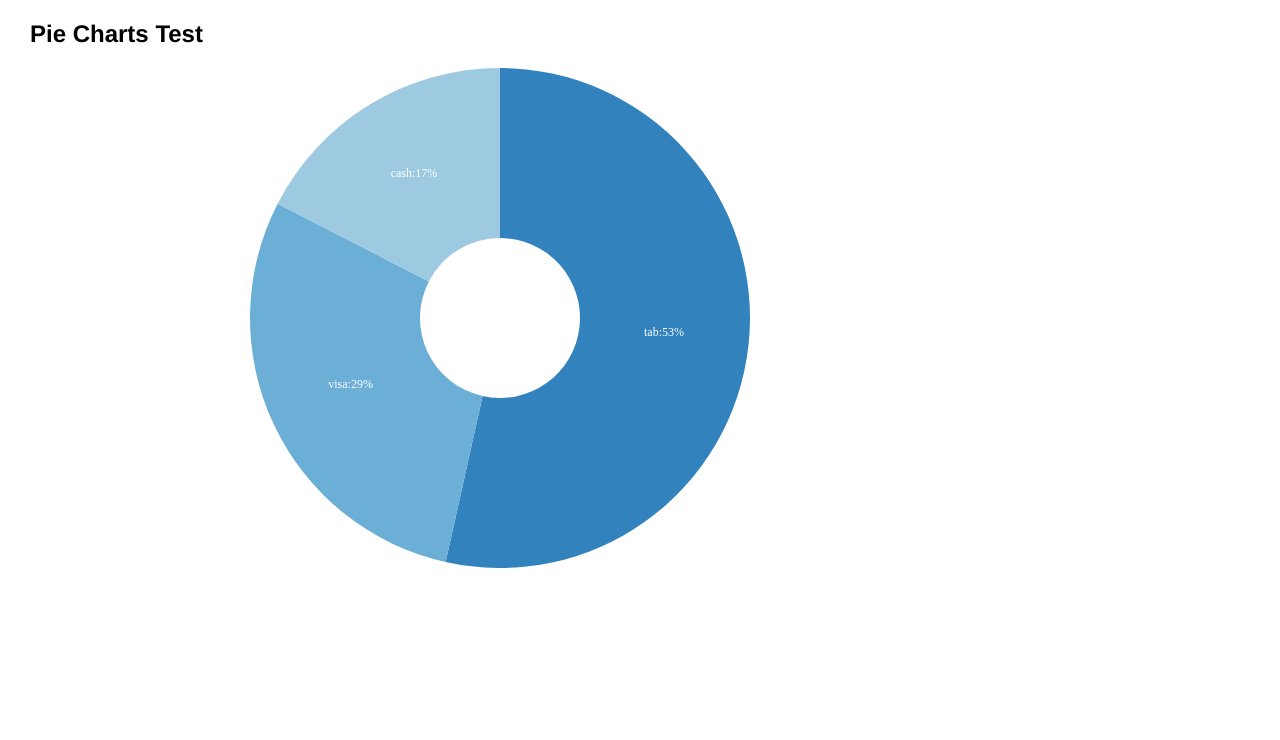
Repository: fLavery/DC.js-Test
Page: Piechart.html
The author's editor kept a record of every edit. The page is drawn from the files as they stood at one moment, then again after the next edit.
The browser window is 1280 px wide. The pictures show the whole page.

Above is the page before.

### Piechart.html
<!DOCTYPE html>
<html lang="en">

<head>
    <meta charset="UTF-8">
    <meta name="viewport" content="width=device-width, initial-scale=1.0">
    <meta http-equiv="X-UA-Compatible" content="ie=edge">
    <title>PIE Chart</title>
    <link rel="stylesheet" href="dc.css" type="text/css" />

    <style>
        body,
        html {
            height: 100%;
            margin: 0;
            padding: 0;
        }

        div {
            -webkit-box-sizing: border-box;
            -moz-box-sizing: border-box;
            box-sizing: border-box;
        }

        div#chart svg g g.axis g.tick text{
            font-size: 16px;
        }

        h2{
            font-family: helvetica;
            padding-left: 30px;
        }
    </style>
</head>

<body>
    <h2>Pie Charts Test</h2>
    <div id="chart">


    </div>
    <script type="text/javascript" src="d3.js"></script>
    <script type="text/javascript" src="crossfilter.js"></script>
    <script type="text/javascript" src="dc.js"></script>

    <script type="text/javascript">

    //Allows user frindly output of Objects in Console
function print_filter(filter) {
    var f=eval(filter);
    if (typeof(f.length) != "undefined") {}else{}
    if (typeof(f.top) != "undefined") {f=f.top(Infinity);}else{}
    if (typeof(f.dimension) != "undefined") {f=f.dimension(function(d) { return "";}).top(Infinity);}else{}
    console.log(filter+"("+f.length+") = "+JSON.stringify(f).replace("[","[\n\t").replace(/}\,/g,"},\n\t").replace("]","\n]"));
}

   var data = [
  {date: "2011-11-14T16:17:54Z", quantity: 2, total: 190, tip: 100, type: "tab"},
  {date: "2011-11-14T16:20:19Z", quantity: 2, total: 190, tip: 100, type: "tab"},
  {date: "2011-11-14T16:28:54Z", quantity: 1, total: 300, tip: 200, type: "visa"},
  {date: "2011-11-14T16:30:43Z", quantity: 2, total: 90, tip: 0, type: "tab"},
  {date: "2011-11-14T16:48:46Z", quantity: 2, total: 90, tip: 0, type: "tab"},
  {date: "2011-11-14T16:53:41Z", quantity: 2, total: 90, tip: 0, type: "tab"},
  {date: "2011-11-14T16:54:06Z", quantity: 1, total: 100, tip: 0, type: "cash"},
  {date: "2011-11-14T16:58:03Z", quantity: 2, total: 90, tip: 0, type: "tab"},
  {date: "2011-11-14T17:07:21Z", quantity: 2, total: 90, tip: 0, type: "tab"},
  {date: "2011-11-14T17:22:59Z", quantity: 2, total: 90, tip: 0, type: "tab"},
  {date: "2011-11-14T17:25:45Z", quantity: 2, total: 200, tip: 0, type: "cash"},
  {date: "2011-11-14T17:29:52Z", quantity: 1, total: 200, tip: 100, type: "visa"}
]

data.forEach(function (d){
    var tempDate = new Date(d.date);//changing date from string to date
    d.date = tempDate;
})


//CROSSFILTER
var facts = crossfilter(data); //filter the data
var all =facts.groupAll();
var sumTotal = all.reduceSum(function (d){  return d.total;}).value();//get percentages for pie chart
var typeDimension = facts.dimension(function(d){console.log(d.type); return d.type;});
//access facts with CF dimension and then function which returns objects
var typeGroup = typeDimension.group().reduceSum(function (d){ return d.total;});//reduceSum allows access to all data points

//plot totals instead of types with new dimension (x axis)
var totalDimension = facts.dimension(function(d){return d.total;});
var totalGroup = totalDimension.group(function (d){return Math.floor(d/100)*100;});//function buckets the data (y axis)//Math.floor = round down, MAth.ceiling = round

var dateDimension = facts.dimension(function (d){ return d.date;});//for line chart
var dateGroup = dateDimension.group().reduceSum(function(d){   return d.total;});
var dateGroupTip = dateDimension.group().reduceSum(function(d){ return d.tip;});


var minDate = dateDimension.bottom(1)[0].date;//set minimum and max
var maxDate = dateDimension.top(1)[0].date;



//Chart settings

var pieChart = dc.pieChart("#chart")
    .height(500)
    .width(1000)
    .radius(300)//general size of pie chart
    .innerRadius(80)//doughnut piechart
    .renderLabel(false)
    .title(function(d) { return d.key + ': $' +d.value;})//hover add $
    .label(function (d){    return d.key+':' + Math.round((d.value/sumTotal)*100,0)+'%';})//percentage hover label
    //.margins({top:10,bottom:30,right:10,left:50})
    .dimension(typeDimension)
    .group(typeGroup)
    //.stack(dateGroupTip, "Tip")
    //.renderHorizontalGridLines(true)//grid lines
    //.renderArea(true)//fill area
    //.legend(dc.legend().x(400).y(5).itemHeight(12).gap(5))//DC specific class for legends
    //.x(d3.scaleTime().domain([minDate,maxDate]))
    //.yAxisLabel("Transaction spend");
    //.x(d3.scaleLinear().domain([0,400]))//scaling for non strings bar chart
    //.x(d3.scaleOrdinal().domain(['cash','tab','visa'])) //scaling for strings with ordinal
    //.xUnits(dc.units.ordinal) // tell dc its an ordinal scale
    //.centerBar(true)//centers bars for linear
    //.xUnits(dc.units.fp.precision(100))//fattens up bars for linear scale
    //.barPadding(0.5)//inner bar gaps
    //.outerPadding(10)//outer padding on bars
    //lineChart.yAxis().ticks(4);//number of integer marked along the left
    //lineChart.xAxis().ticks(4);

    dc.renderAll();//render Chart

    //console.log(data);
   // console.log(facts);
    console.log(dateDimension.top(1)[0].date); //.top(3)[first item in array] shows the top 3.
    //print_filter("dateDimension.top(1)"); //.top(3)[first item in array] shows the top 3.



    </script>
</body>

</html>

### dc.css
.dc-chart path.dc-symbol, .dc-legend g.dc-legend-item.fadeout {
  fill-opacity: 0.5;
  stroke-opacity: 0.5; }

div.dc-chart {
  float: left; }

.dc-chart rect.bar {
  stroke: none;
  cursor: pointer; }
  .dc-chart rect.bar:hover {
    fill-opacity: .5; }

.dc-chart rect.deselected {
  stroke: none;
  fill: #ccc; }

.dc-chart .pie-slice {
  fill: #fff;
  font-size: 12px;
  cursor: pointer; }
  .dc-chart .pie-slice.external {
    fill: #000; }
  .dc-chart .pie-slice :hover, .dc-chart .pie-slice.highlight {
    fill-opacity: .8; }

.dc-chart .pie-path {
  fill: none;
  stroke-width: 2px;
  stroke: #000;
  opacity: 0.4; }

.dc-chart .selected path, .dc-chart .selected circle {
  stroke-width: 3;
  stroke: #ccc;
  fill-opacity: 1; }

.dc-chart .deselected path, .dc-chart .deselected circle {
  stroke: none;
  fill-opacity: .5;
  fill: #ccc; }

.dc-chart .axis path, .dc-chart .axis line {
  fill: none;
  stroke: #000;
  shape-rendering: crispEdges; }

.dc-chart .axis text {
  font: 10px sans-serif; }

.dc-chart .grid-line, .dc-chart .axis .grid-line, .dc-chart .grid-line line, .dc-chart .axis .grid-line line {
  fill: none;
  stroke: #ccc;
  shape-rendering: crispEdges; }

.dc-chart .brush rect.selection {
  fill: #4682b4;
  fill-opacity: .125; }

.dc-chart .brush .custom-brush-handle {
  fill: #eee;
  stroke: #666;
  cursor: ew-resize; }

.dc-chart path.line {
  fill: none;
  stroke-width: 1.5px; }

.dc-chart path.area {
  fill-opacity: .3;
  stroke: none; }

.dc-chart path.highlight {
  stroke-width: 3;
  fill-opacity: 1;
  stroke-opacity: 1; }

.dc-chart g.state {
  cursor: pointer; }
  .dc-chart g.state :hover {
    fill-opacity: .8; }
  .dc-chart g.state path {
    stroke: #fff; }

.dc-chart g.deselected path {
  fill: #808080; }

.dc-chart g.deselected text {
  display: none; }

.dc-chart g.row rect {
  fill-opacity: 0.8;
  cursor: pointer; }
  .dc-chart g.row rect:hover {
    fill-opacity: 0.6; }

.dc-chart g.row text {
  fill: #fff;
  font-size: 12px;
  cursor: pointer; }

.dc-chart g.dc-tooltip path {
  fill: none;
  stroke: #808080;
  stroke-opacity: .8; }

.dc-chart g.county path {
  stroke: #fff;
  fill: none; }

.dc-chart g.debug rect {
  fill: #00f;
  fill-opacity: .2; }

.dc-chart g.axis text {
  -webkit-touch-callout: none;
  -webkit-user-select: none;
  -khtml-user-select: none;
  -moz-user-select: none;
  -ms-user-select: none;
  user-select: none;
  pointer-events: none; }

.dc-chart .node {
  font-size: 0.7em;
  cursor: pointer; }
  .dc-chart .node :hover {
    fill-opacity: .8; }

.dc-chart .bubble {
  stroke: none;
  fill-opacity: 0.6; }

.dc-chart .highlight {
  fill-opacity: 1;
  stroke-opacity: 1; }

.dc-chart .fadeout {
  fill-opacity: 0.2;
  stroke-opacity: 0.2; }

.dc-chart .box text {
  font: 10px sans-serif;
  -webkit-touch-callout: none;
  -webkit-user-select: none;
  -khtml-user-select: none;
  -moz-user-select: none;
  -ms-user-select: none;
  user-select: none;
  pointer-events: none; }

.dc-chart .box line {
  fill: #fff; }

.dc-chart .box rect, .dc-chart .box line, .dc-chart .box circle {
  stroke: #000;
  stroke-width: 1.5px; }

.dc-chart .box .center {
  stroke-dasharray: 3, 3; }

.dc-chart .box .data {
  stroke: none;
  stroke-width: 0px; }

.dc-chart .box .outlier {
  fill: none;
  stroke: #ccc; }

.dc-chart .box .outlierBold {
  fill: red;
  stroke: none; }

.dc-chart .box.deselected {
  opacity: 0.5; }
  .dc-chart .box.deselected .box {
    fill: #ccc; }

.dc-chart .symbol {
  stroke: none; }

.dc-chart .heatmap .box-group.deselected rect {
  stroke: none;
  fill-opacity: 0.5;
  fill: #ccc; }

.dc-chart .heatmap g.axis text {
  pointer-events: all;
  cursor: pointer; }

.dc-chart .empty-chart .pie-slice {
  cursor: default; }
  .dc-chart .empty-chart .pie-slice path {
    fill: #fee;
    cursor: default; }

.dc-data-count {
  float: right;
  margin-top: 15px;
  margin-right: 15px; }
  .dc-data-count .filter-count, .dc-data-count .total-count {
    color: #3182bd;
    font-weight: bold; }

.dc-legend {
  font-size: 11px; }
  .dc-legend .dc-legend-item {
    cursor: pointer; }

.dc-hard .number-display {
  float: none; }

div.dc-html-legend {
  overflow-y: auto;
  overflow-x: hidden;
  height: inherit;
  float: right;
  padding-right: 2px; }
  div.dc-html-legend .dc-legend-item-horizontal {
    display: inline-block;
    margin-left: 5px;
    margin-right: 5px;
    cursor: pointer; }
    div.dc-html-legend .dc-legend-item-horizontal.selected {
      background-color: #3182bd;
      color: white; }
  div.dc-html-legend .dc-legend-item-vertical {
    display: block;
    margin-top: 5px;
    padding-top: 1px;
    padding-bottom: 1px;
    cursor: pointer; }
    div.dc-html-legend .dc-legend-item-vertical.selected {
      background-color: #3182bd;
      color: white; }
  div.dc-html-legend .dc-legend-item-color {
    display: table-cell;
    width: 12px;
    height: 12px; }
  div.dc-html-legend .dc-legend-item-label {
    line-height: 12px;
    display: table-cell;
    vertical-align: middle;
    padding-left: 3px;
    padding-right: 3px;
    font-size: 0.75em; }

.dc-html-legend-container {
  height: inherit; }

Loaded but not shown: d3.js (library); dc.js (library); crossfilter.js (3167 lines, source omitted)

After the next edit:
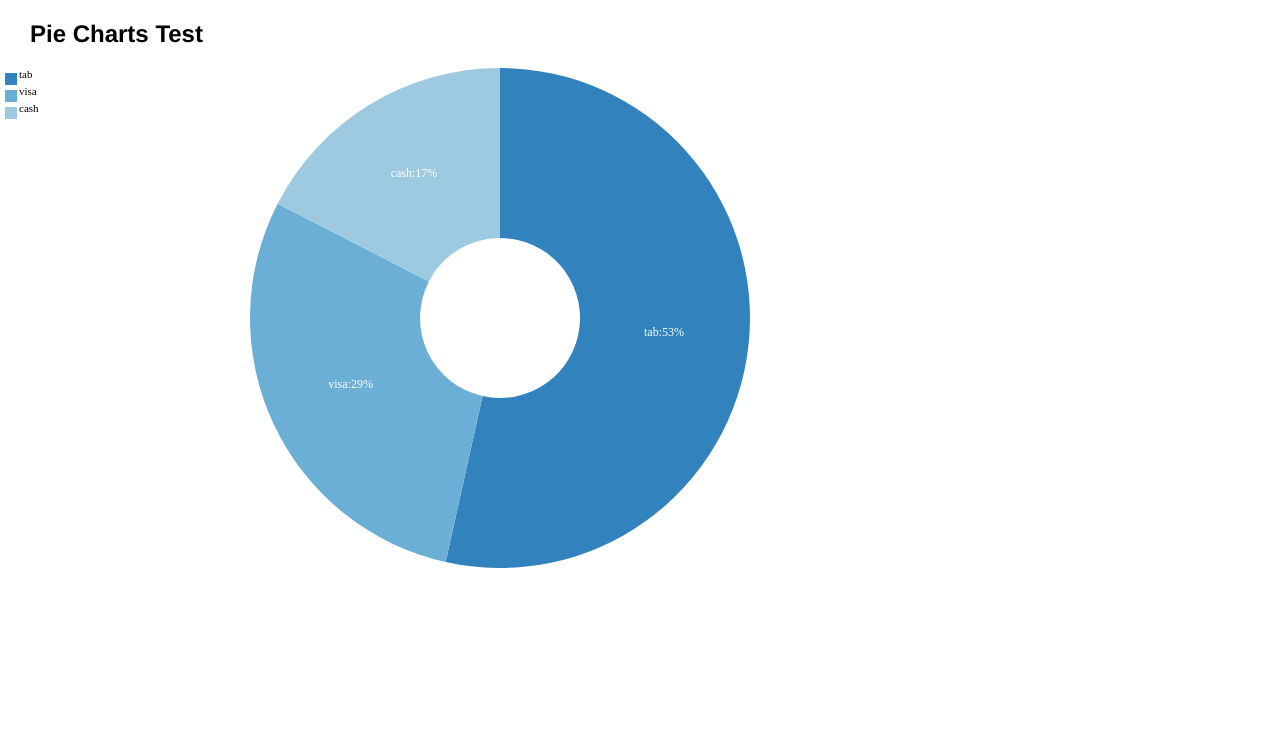
The edit:
--- a/Piechart.html
+++ b/Piechart.html
@@ -113,7 +113,7 @@
     //.stack(dateGroupTip, "Tip")
     //.renderHorizontalGridLines(true)//grid lines
     //.renderArea(true)//fill area
-    //.legend(dc.legend().x(400).y(5).itemHeight(12).gap(5))//DC specific class for legends
+    .legend(dc.legend().x(5).y(5).itemHeight(12).gap(5))//DC specific class for legends
     //.x(d3.scaleTime().domain([minDate,maxDate]))
     //.yAxisLabel("Transaction spend");
     //.x(d3.scaleLinear().domain([0,400]))//scaling for non strings bar chart
